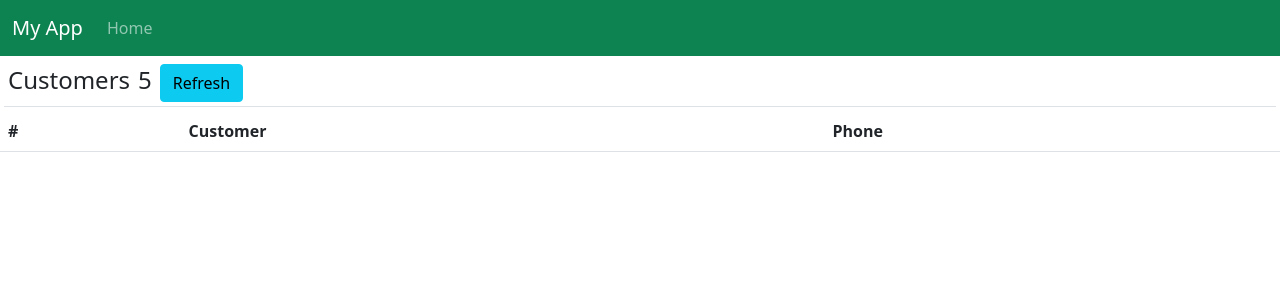
Repository: smit1298/e-commerce
Page: /
The author's editor kept a copy of each file at every save. The page is drawn from the files as they stood at one save, then again after the next save.
The browser window is 1280 px wide. The pictures show the whole page.
The project was rebuilt for these pictures with package versions that can differ from the ones it lists, and the page was loaded fresh each time.

Above is the page before, as saved 2022-05-10 16:55:02.

### src/index.js
import React from "react";
import ReactDOM from "react-dom";
import "jquery";
import "popper.js/dist/umd/popper";
import "bootstrap/dist/js/bootstrap";
import "bootstrap/dist/css/bootstrap.css";
import "./index.css";
import App from "./App";

ReactDOM.render(<App />, document.getElementById("root"));

### src/index.css
* {
    box-sizing: border-box;
}

.highlight{
    background-color: #80c0b5;
}

.navbar-style{
    background-color: #0c8351 !important;
}

### src/App.jsx
import React, { Component } from "react";
import MainContent from "./MainContent";
import NavBar from "./NavBar";

export default class App extends Component {
  render() {
    return (
      <React.Fragment>
        <NavBar />
        <MainContent />
      </React.Fragment>
    );
  }
}

### src/MainContent.jsx
import React, { Component } from "react";

export default class MainContent extends Component {
  state = {
      pageTitle: "Customers",
       customersCount: 5,
       customers: [
           {id: 1, name:"scot", phone: "123-456"},
           {id: 2, name:"Jones", phone: "789-012"},
           {id: 3, name:"Alen", phone: "345-678"},
           {id: 4, name:"John", phone: "901-234"},
           {id: 5, name:"James", phone: "567-890"}
       ]
     };

  render() {
    return (
      <div>
        <h4 className="border-bottom m-1 p-1">
          {this.state.pageTitle}
          <span className="m-2">{this.state.customersCount}</span>
          <button className="btn btn-info" onClick={this.onRefreshClick}>
            Refresh
          </button>
        </h4>
        <table className="table">
<thead>
    <tr>
        <th>#</th>
        <th>Customer</th>
        <th>Phone</th>
    </tr>
</thead>
        </table>
      </div>
    );
  }

  //   Executes when the user clicks on refresh button
  onRefreshClick =() =>{
    this.setState({
        customersCount: 7
    });
  }
}

### src/NavBar.jsx
import React, { Component } from "react";

class NavBar extends Component {
  render() {
    return (
      <React.Fragment>
        <nav className="navbar navbar-expand-lg navbar-dark bg-dark navbar-style">
          <div className="container-fluid">
            <a className="navbar-brand" href="/#">
              My App
            </a>
            <button
              className="navbar-toggler"
              type="button"
              data-bs-toggle="collapse"
              data-bs-target="#navbarSupportedContent"
              aria-controls="navbarSupportedContent"
              aria-expanded="false"
              aria-label="Toggle navigation"
            >
              <span className="navbar-toggler-icon"></span>
            </button>

            <div
              className="collapse navbar-collapse"
              id="navbarSupportedContent"
            >
              <ul className="navbar-nav me-auto mb-2 mb-lg-0">
                <li className="nav-item">
                  <a className="nav-link" href="/#">
                    Home
                  </a>
                </li>
              </ul>
            </div>
          </div>
        </nav>
      </React.Fragment>
    );
  }
}

export default NavBar;

Loaded but not shown: public/index.html (common file)

After the next save:
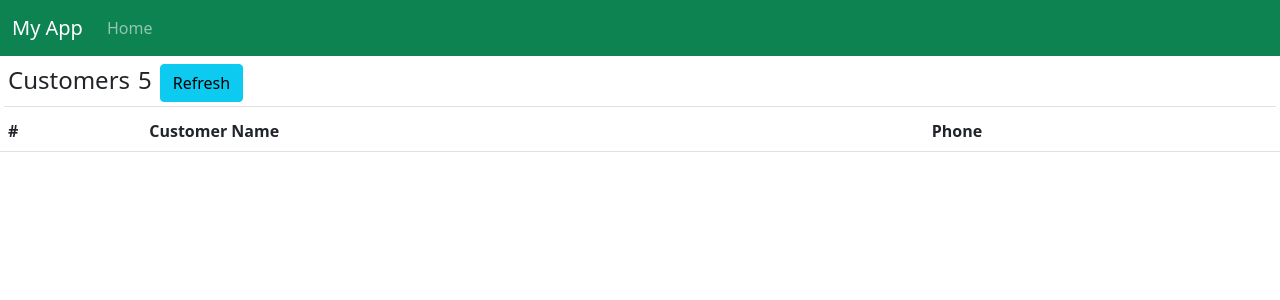
Saved 11 s later.
--- a/src/MainContent.jsx
+++ b/src/MainContent.jsx
@@ -27,7 +27,7 @@ export default class MainContent extends Component {
 <thead>
     <tr>
         <th>#</th>
-        <th>Customer</th>
+        <th>Customer Name</th>
         <th>Phone</th>
     </tr>
 </thead>
